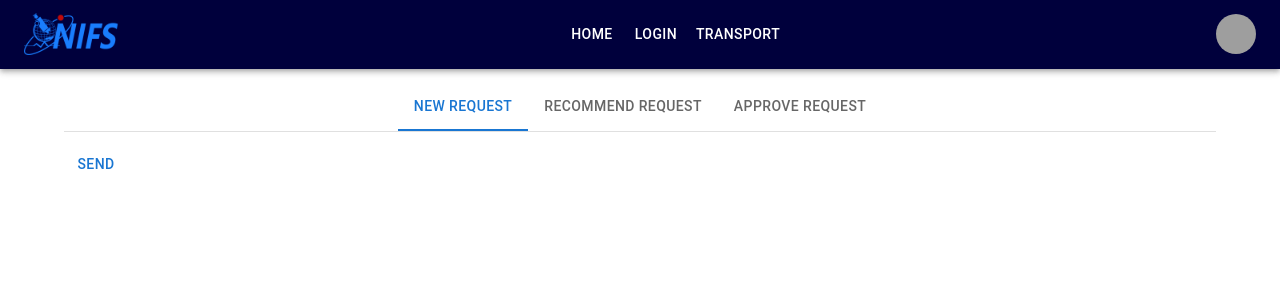
Repository: Ravindu97/NIFS_WebApplication
Page: /transport (app in client/)
An editor plug-in stored every save of this project. The page is shown before and after the next save, followed by the edit.
The browser window is 1280 px wide. The pictures show the whole page.
Pictures or frames that could not be fetched are drawn as grey boxes. The project was rebuilt for these pictures with package versions that can differ from the ones it lists, and the page was loaded fresh each time. Also part of the build but not shown: client/src/pages/Home.js, client/src/pages/Login.js, client/src/components/Transport/RecommendedRequest.js, client/src/components/Transport/ApproveRequest.js.

Above is the page before, as saved 2022-06-30 21:17:07.

### client/src/index.css
body {
  margin: 0;
  font-family: -apple-system, BlinkMacSystemFont, 'Segoe UI', 'Roboto', 'Oxygen',
    'Ubuntu', 'Cantarell', 'Fira Sans', 'Droid Sans', 'Helvetica Neue',
    sans-serif;
  -webkit-font-smoothing: antialiased;
  -moz-osx-font-smoothing: grayscale;
}

:root{
  --main-navbar-back: #00003c;

}


.nav-logo{
  width: 100px;
  height: auto;
}

.main-navbar{
  background-color: var(--main-navbar-back) !important;
}

.secondary-navbar{
  margin-top: 2vh !important;
  margin: auto;
}

.body-content{
  margin: auto;
  width: 90%;
  margin-top: 2vh;
}

### client/src/App.js
import * as React from 'react';
import { BrowserRouter as Router, Route, Routes } from 'react-router-dom';
import Navbar from './components/shared/Navbar';
import Home from './pages/Home';
import Login from './pages/Login';
import TransportMainPage from './pages/TransportMainPage';

function App() {
	return (
		<div>
			<Router>
				<Navbar />
				<Routes>
					<Route exact path="/" element={<Home />} />
					<Route exact path="/login" element={<Login />} />
					<Route exact path="/transport/*" element={<TransportMainPage />} />
				</Routes>
			</Router>
		</div>
	);
}

export default App;

### client/src/components/shared/Navbar.js
import * as React from 'react';
import AppBar from '@mui/material/AppBar';
import Box from '@mui/material/Box';
import Toolbar from '@mui/material/Toolbar';
import IconButton from '@mui/material/IconButton';
import Typography from '@mui/material/Typography';
import Menu from '@mui/material/Menu';
import MenuIcon from '@mui/icons-material/Menu';
import Container from '@mui/material/Container';
import Avatar from '@mui/material/Avatar';
import Button from '@mui/material/Button';
import Tooltip from '@mui/material/Tooltip';
import MenuItem from '@mui/material/MenuItem';
import { Link } from 'react-router-dom';
import Logo from '../../images/nifs_logo.png';

const Navbar = () => {
	const pages = [
		{
			id: 0,
			title: 'Home',
			link: '/',
		},
		{
			id: 1,
			title: 'Login',
			link: '/login',
		},
		{
			id: 2,
			title: 'Transport',
			link: '/transport',
		},
	];

	const settings = [
		{
			id: 0,
			title: 'Home',
			link: '/',
		},
		{
			id: 1,
			title: 'Login',
			link: '/login',
		},
		{
			id: 2,
			title: 'Transport',
			link: '/transport',
		},
	];

	const [anchorElNav, setAnchorElNav] = React.useState(null);
	const [anchorElUser, setAnchorElUser] = React.useState(null);

	const handleOpenNavMenu = (event) => {
		setAnchorElNav(event.currentTarget);
	};
	const handleOpenUserMenu = (event) => {
		setAnchorElUser(event.currentTarget);
	};

	const handleCloseNavMenu = () => {
		setAnchorElNav(null);
	};

	const handleCloseUserMenu = () => {
		setAnchorElUser(null);
	};

	return (
		<AppBar position="static" className="main-navbar">
			<Container maxWidth="xl">
				<Toolbar disableGutters>
					{/*Responsive view start here  */}
					<Box sx={{ display: { xs: 'none', md: 'flex' }, mr: 1 }}>
						<img src={Logo} alt="logo" className="nav-logo" />
					</Box>

					<Box sx={{ flexGrow: 1, display: { xs: 'flex', md: 'none' } }}>
						<IconButton
							size="large"
							aria-label="account of current user"
							aria-controls="menu-appbar"
							aria-haspopup="true"
							onClick={handleOpenNavMenu}
							color="inherit"
						>
							<MenuIcon />
						</IconButton>
						<Menu
							id="menu-appbar"
							anchorEl={anchorElNav}
							anchorOrigin={{
								vertical: 'bottom',
								horizontal: 'left',
							}}
							keepMounted
							transformOrigin={{
								vertical: 'top',
								horizontal: 'left',
							}}
							open={Boolean(anchorElNav)}
							onClose={handleCloseNavMenu}
							sx={{
								display: { xs: 'block', md: 'none' },
							}}
						>
							{pages &&
								pages.map((page) => (
									<MenuItem key={page.id} onClick={handleCloseNavMenu}>
										<Link to={page.link} style={{ textDecoration: 'none' }}>
											<Typography textAlign="center">{page.title}</Typography>
										</Link>
									</MenuItem>
								))}
						</Menu>
					</Box>
					{/* Responsive view ends here */}

					{/* Full width starts here */}
					<Box
						sx={{
							mr: 2,
							display: { xs: 'flex', md: 'none' },
							flexGrow: 1,
						}}
					>
						<img src={Logo} alt="logo" className="nav-logo" />
					</Box>

					<Box
						sx={{ flexGrow: 1, display: { xs: 'none', md: 'flex' } }}
						style={{ justifyContent: 'center' }}
					>
						{pages &&
							pages.map((page) => (
								<Link to={page.link} style={{ textDecoration: 'none' }}>
									<Button
										key={page.id}
										onClick={handleCloseNavMenu}
										sx={{ my: 2, color: 'white', display: 'block' }}
									>
										{page.title}
									</Button>
								</Link>
							))}
					</Box>

					{/* end of the navbar */}
					<Box sx={{ flexGrow: 0 }}>
						<Tooltip title="Open settings">
							<IconButton onClick={handleOpenUserMenu} sx={{ p: 0 }}>
								<Avatar
									alt="Remy Sharp"
									src="https://images.unsplash.com/photo-1566753323558-f4e0952af115?ixlib=rb-1.2.1&ixid=MnwxMjA3fDB8MHxzZWFyY2h8MXx8bWFsZXxlbnwwfHwwfHw%3D&w=1000&q=80"
								/>
							</IconButton>
						</Tooltip>
						<Menu
							sx={{ mt: '45px' }}
							id="menu-appbar"
							anchorEl={anchorElUser}
							anchorOrigin={{
								vertical: 'top',
								horizontal: 'right',
							}}
							keepMounted
							transformOrigin={{
								vertical: 'top',
								horizontal: 'right',
							}}
							open={Boolean(anchorElUser)}
							onClose={handleCloseUserMenu}
						>
							{settings.map((setting) => (
								<MenuItem key={setting.id} onClick={handleCloseUserMenu}>
									<Typography textAlign="center">{setting.title}</Typography>
								</MenuItem>
							))}
						</Menu>
					</Box>
				</Toolbar>
			</Container>
		</AppBar>
	);
};
export default Navbar;

### client/src/pages/TransportMainPage.js
import React from 'react';

import TransportNavbar from '../components/Transport/shared/TransportNavbar';
import { Route, Routes } from 'react-router-dom';
import NewRequest from '../components/Transport/NewRequest';
import RecommendedRequest from '../components/Transport/RecommendedRequest';
import ApproveRequest from '../components/Transport/ApproveRequest';

// transport main page where all other section of transport department can be access from here
function TransportMainPage() {
	return (
		<div>
			<TransportNavbar />
			<div className="body-content">
				<Routes>
					<Route exact path="/" element={<NewRequest />} />
					<Route exact path="/recommend" element={<RecommendedRequest />} />
					<Route exact path="/approve" element={<ApproveRequest />} />
				</Routes>
			</div>
		</div>
	);
}

export default TransportMainPage;

### client/src/components/Transport/shared/TransportNavbar.js
import * as React from 'react';
import Tabs from '@mui/material/Tabs';
import Tab from '@mui/material/Tab';
import Box from '@mui/material/Box';
import { Link, useLocation } from 'react-router-dom';

export default function TransportNavbar() {
	const location = useLocation();
	console.log(location);
	const pages = [
		{
			id: 0,
			title: 'New Request',
			link: '/transport',
		},
		{
			id: 1,
			title: 'Recommend Request',
			link: '/transport/recommend',
		},
		{
			id: 2,
			title: 'Approve Request',
			link: '/transport/approve',
		},
	];

	return (
		<Box sx={{ width: '90%' }} className="secondary-navbar">
			<Box sx={{ borderBottom: 1, borderColor: 'divider' }}>
				<Tabs value={location.pathname} centered>
					{pages &&
						pages.map((page) => (
							<Tab
								key={page.id}
								label={page.title}
								value={page.link}
								component={Link}
								to={page.link}
							/>
						))}
				</Tabs>
			</Box>
		</Box>
	);
}

### client/src/components/Transport/NewRequest.js
import { Button } from '@mui/material';
import React from 'react';

function NewRequest() {
	const submitDetails = (e) => {
		e.preventDefault();
		console.log('check form');
	};

	return (
		<div>
			<form onSubmit={submitDetails}>
				<Button type="submit">Send</Button>
			</form>
		</div>
	);
}

export default NewRequest;

Loaded but not shown: client/src/index.js (common file); client/src/reportWebVitals.js (common file)

After the next save:
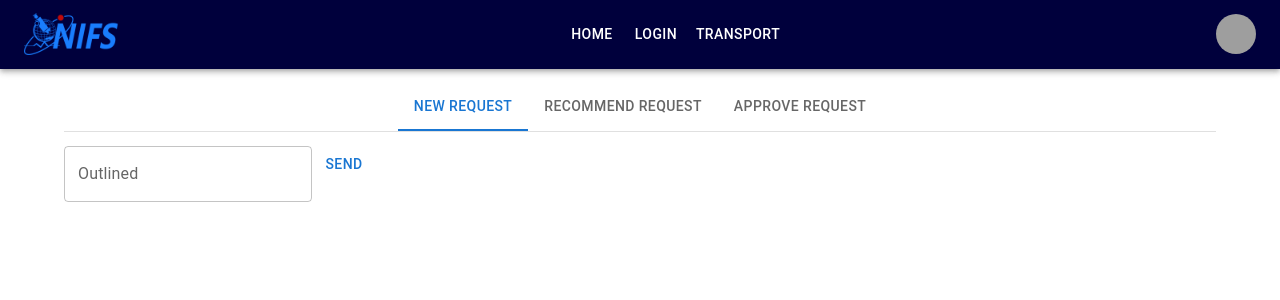
Saved 53 s later.
--- a/client/src/components/Transport/NewRequest.js
+++ b/client/src/components/Transport/NewRequest.js
@@ -1,4 +1,4 @@
-import { Button } from '@mui/material';
+import { Button, TextField } from '@mui/material';
 import React from 'react';
 
 function NewRequest() {
@@ -10,6 +10,7 @@ function NewRequest() {
 	return (
 		<div>
 			<form onSubmit={submitDetails}>
+				<TextField id="outlined-basic" label="Outlined" variant="outlined" />
 				<Button type="submit">Send</Button>
 			</form>
 		</div>
